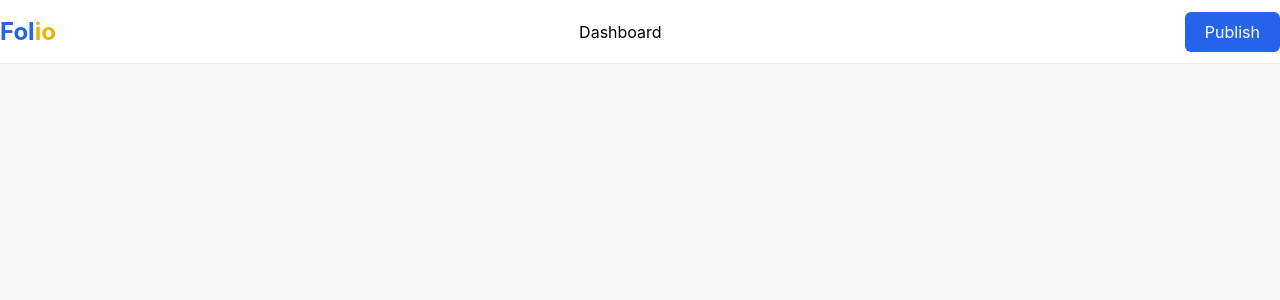
Repository: langford-dev/follio
Page: /
The author's editor kept a copy of each file at every save. The page is drawn from the files as they stood at one save, then again after a run of saves.
The browser window is 1280 px wide. The pictures show the whole page.
The project was rebuilt for these pictures with package versions that can differ from the ones it lists, and the page was loaded fresh each time. The framework's server and built-in components were replaced by stand-ins that run in the browser. Also part of the build but not shown: next.config.js.

Above is the page before, as saved 2022-03-19 10:24:29.

### pages/_app.js
import { AppProvider } from '../context/context'
import '../styles/globals.css'

function MyApp({ Component, pageProps }) {
  return <AppProvider>
    <Component {...pageProps} />
  </AppProvider>
}

export default MyApp

### pages/index.js
import Header from '../components/header'

export default function Home() {
  return <Header />
}

### context/context.js
import { createContext, useEffect } from "react"

export const AppContext = createContext()

export const AppProvider = ({ children }) => {
    return <AppContext.Provider>
        {children}
    </AppContext.Provider>
}

### styles/globals.css
@tailwind base;
@tailwind components;
@tailwind utilities;

html,
body {
  background: #f1f1f188;
  padding: 0;
  margin: 0;
  font-family: -apple-system, BlinkMacSystemFont, Segoe UI, Roboto, Oxygen,
    Ubuntu, Cantarell, Fira Sans, Droid Sans, Helvetica Neue, sans-serif;
}

a {
  color: inherit;
  text-decoration: none;
}

* {
  box-sizing: border-box;
}

### components/header.js
import Link from "next/link"
import Logo from "./logo"

const styles = {
    header: ``,
    headerWrapper: ``,
    button: ``,
}

const Header = () => {
    return <header className="border-b h-16 bg-white">
        <div className="m-auto max-w-screen-xl h-full flex items-center justify-between">
            <Logo />
            <nav>
                <Link passHref={true} href="/" className="">Dashboard</Link>
            </nav>
            <div className="bg bg-blue-600 text-white px-5 py-2 rounded-md cursor-pointer">Publish</div>
        </div>
    </header>
}

export default Header

### components/logo.js
const Logo = () => {
    return <p className="font-bold text-2xl text-blue-600">Fol<span className="text-yellow-500">io</span></p>
}

export default Logo

Loaded but not shown: tailwind.config.js (common file)

After the next 5 saves:
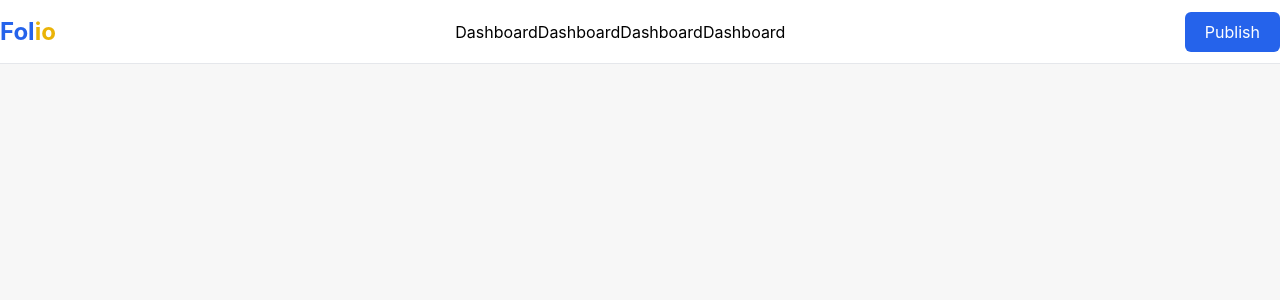
The 5 saves are shown as one change because 2 did not build or start and some came seconds apart.
The last was saved 21 s later.
--- a/components/header.js
+++ b/components/header.js
@@ -5,6 +5,8 @@
     header: ``,
     headerWrapper: ``,
     button: ``,
+    nav: ``,
+    navLink: ``,
 }
 
 const Header = () => {
@@ -12,7 +14,10 @@
         <div className="m-auto max-w-screen-xl h-full flex items-center justify-between">
             <Logo />
             <nav>
-                <Link passHref={true} href="/" className="">Dashboard</Link>
+                <Link passHref={true} href="/" className={styles.navLink}>Dashboard</Link>
+                <Link passHref={true} href="/" className={styles.navLink}>Dashboard</Link>
+                <Link passHref={true} href="/" className={styles.navLink}>Dashboard</Link>
+                <Link passHref={true} href="/" className={styles.navLink}>Dashboard</Link>
             </nav>
             <div className="bg bg-blue-600 text-white px-5 py-2 rounded-md cursor-pointer">Publish</div>
         </div>
